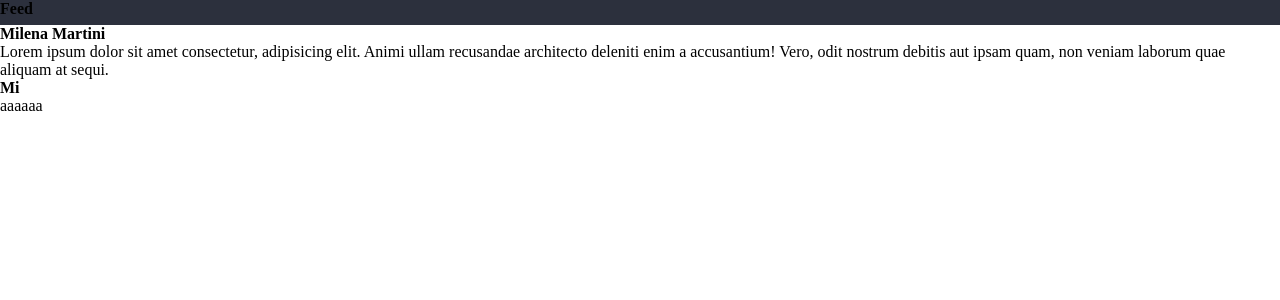
Repository: MilenaMartini/IgniteRckReactJs
Page: /
An editor plug-in stored every save of this project. The page is shown before and after a run of saves, followed by the edit.
The browser window is 1280 px wide. The pictures show the whole page.
The project was rebuilt for these pictures with package versions that can differ from the ones it lists, and the page was loaded fresh each time. Also part of the build but not shown: vite.config.js.

Above is the page before, as saved 2023-04-14 14:57:40.

After the next 3 saves:
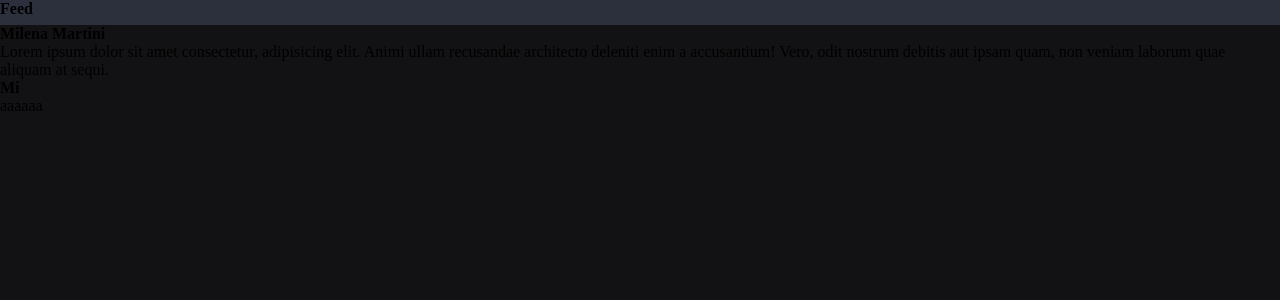
The 3 saves are shown as one change because they came seconds apart.
The last was saved 8 s later.
--- a/src/Global.css
+++ b/src/Global.css
@@ -19,6 +19,6 @@
 }
 
 body{
-  background: var;
+  background: var(--gray-900);
 
 }
